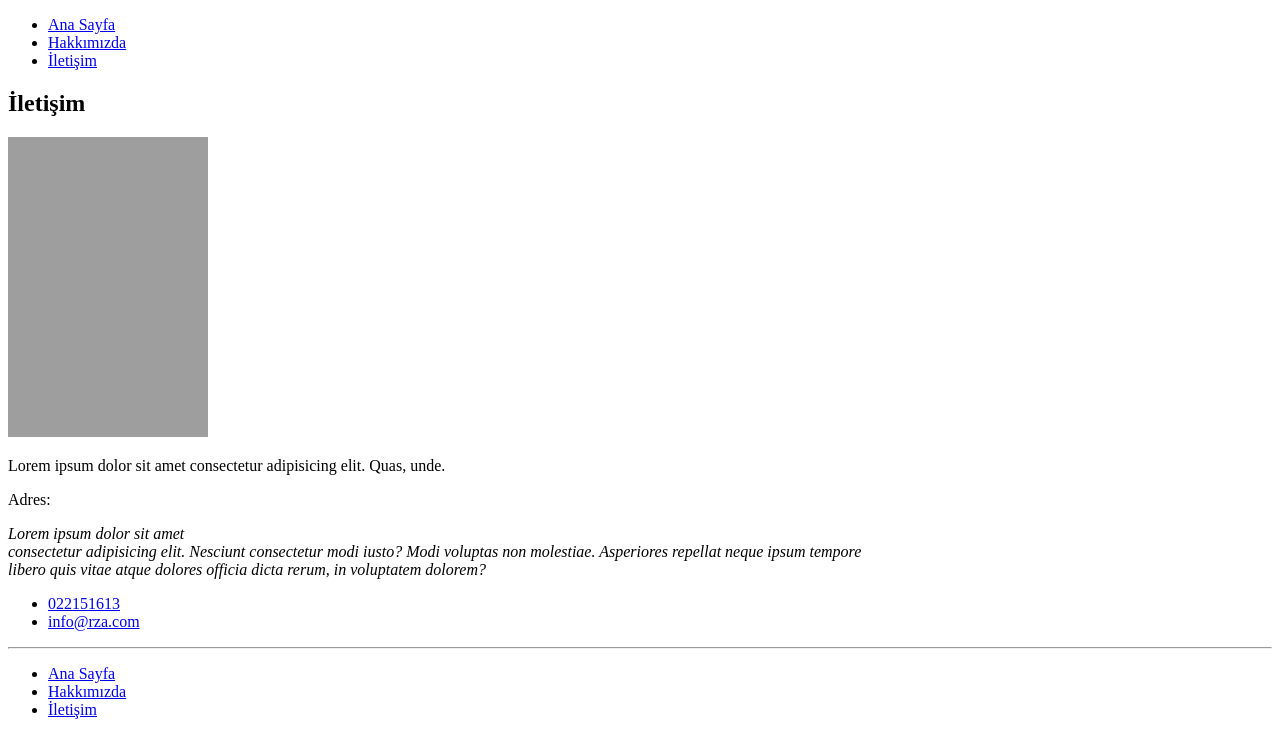
Repository: rizacantire/html
Page: Practice/contact.html
The author's editor kept a copy of each file at every save. The page is drawn from the files as they stood at one save, then again after the next save.
The browser window is 1280 px wide. The pictures show the whole page.
Pictures or frames that could not be fetched are drawn as grey boxes.

Above is the page before, as saved 2021-12-06 23:50:57.

### Practice/contact.html
<!DOCTYPE html>
<html lang="tr">
<head>
    <meta charset="UTF-8">
    <meta http-equiv="X-UA-Compatible" content="IE=edge">
    <meta name="viewport" content="width=device-width, initial-scale=1.0">
    <title>Hakkımızda</title>
</head>
<body>
    <!-- Navbar - Start -->
    <header>
        <nav>
            <ul>
                <li><a href="index.html">Ana Sayfa</a></li>
                <li><a href="about-us.html">Hakkımızda</a></li>
                <li><a href="contact.html">İletişim</a></li>
            </ul>
        </nav>
    </header>
    <!-- Navbar - End -->

    <!-- Content - Start -->
    <section>
        <!-- Articles - Start -->
        <article>
            <h2>İletişim</h2>
            <img src="https://picsum.photos/id/8/200/300" alt="Yazı 1">
            <p>Lorem ipsum dolor sit amet consectetur adipisicing elit. Quas, unde.</p>
            <p>
                Adres:
            </p>
            <address>
                Lorem ipsum dolor sit amet <br> consectetur adipisicing elit. Nesciunt consectetur modi iusto? Modi voluptas non molestiae. Asperiores repellat neque ipsum tempore <br> libero quis vitae atque dolores officia dicta rerum, in voluptatem dolorem?
            </address>
            <ul>
                <li><a href="tel:022151613">022151613</a></li>
                <li><a href="mailto:info@rza.com">info@rza.com</a></li>
            </ul>
            <hr>
        </article>
        <!-- Articles - End -->
    </section>
    <!-- Content - End -->

    <!-- Footer - Start -->
    <footer>
        <nav>
            <ul>
                <li><a href="index.html">Ana Sayfa</a></li>
                <li><a href="about-us.html">Hakkımızda</a></li>
                <li><a href="contact.html">İletişim</a></li>
            </ul>
        </nav>
    </footer>
    <!-- Footer - End -->
</body>
</html>

After the next save:
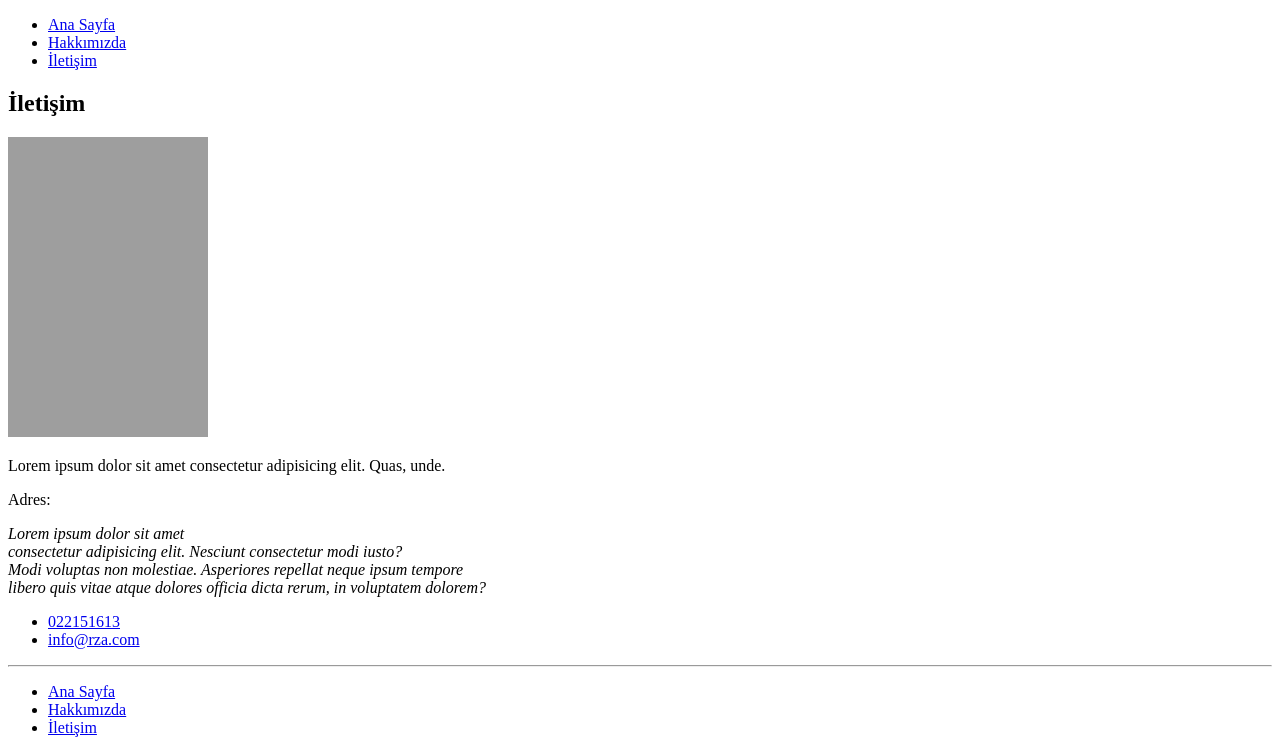
Saved 18 s later.
--- a/Practice/contact.html
+++ b/Practice/contact.html
@@ -30,7 +30,7 @@
                 Adres:
             </p>
             <address>
-                Lorem ipsum dolor sit amet <br> consectetur adipisicing elit. Nesciunt consectetur modi iusto? Modi voluptas non molestiae. Asperiores repellat neque ipsum tempore <br> libero quis vitae atque dolores officia dicta rerum, in voluptatem dolorem?
+                Lorem ipsum dolor sit amet <br> consectetur adipisicing elit. Nesciunt consectetur modi iusto? <br> Modi voluptas non molestiae. Asperiores repellat neque ipsum tempore <br> libero quis vitae atque dolores officia dicta rerum, in voluptatem dolorem?
             </address>
             <ul>
                 <li><a href="tel:022151613">022151613</a></li>
